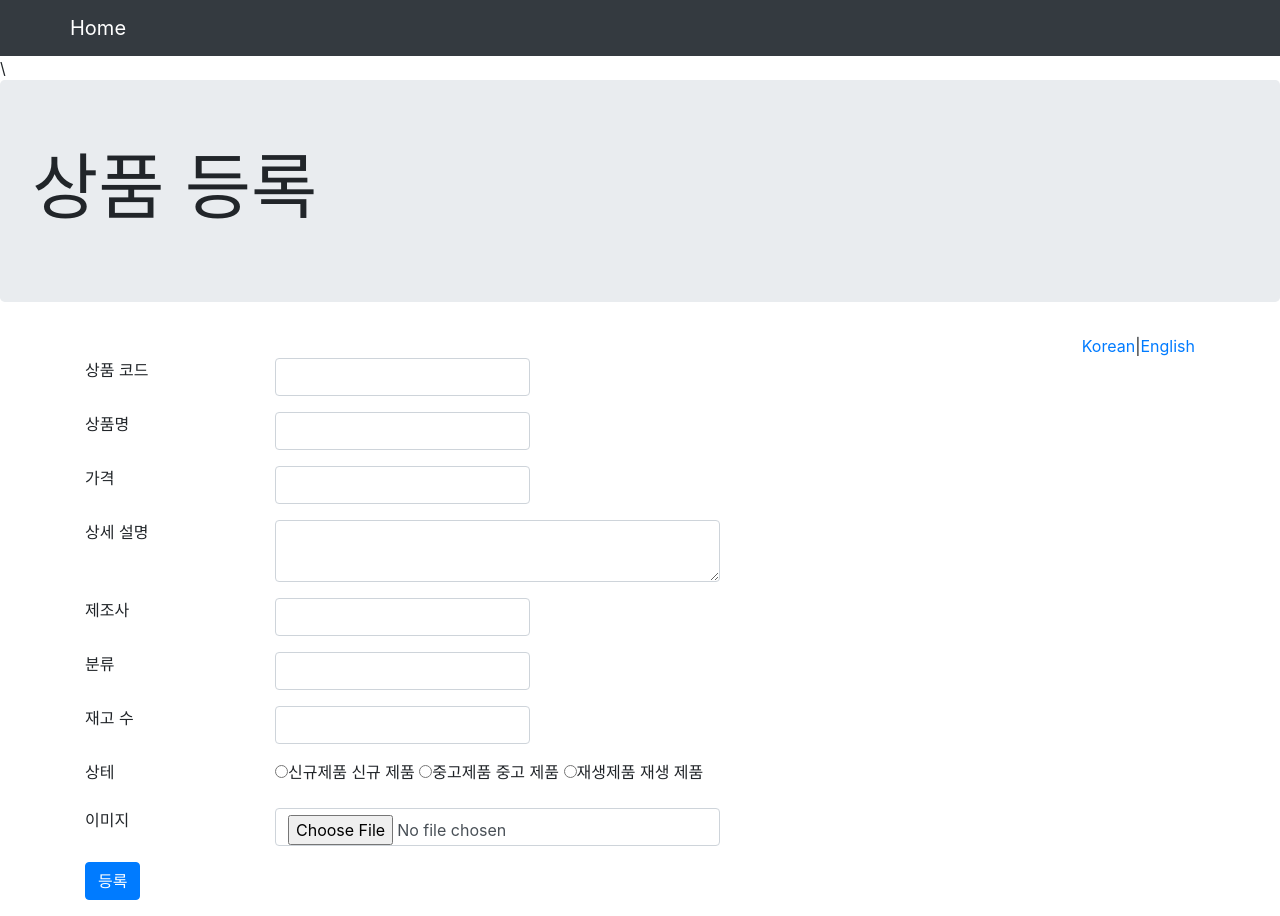
Repository: gitujin/JSP_WEBMARKET
Page: http://localhost/WebMarket/addProduct.jsp?language=ko
These files come from the project's save history. The page is drawn as it stood at one moment and after the next save; the edit follows.
The browser window is 1280 px wide. The pictures show the whole page.
The page is served by Tomcat 9.

Above is the page before, as saved 2022-04-13 15:10:56.

After the next save:
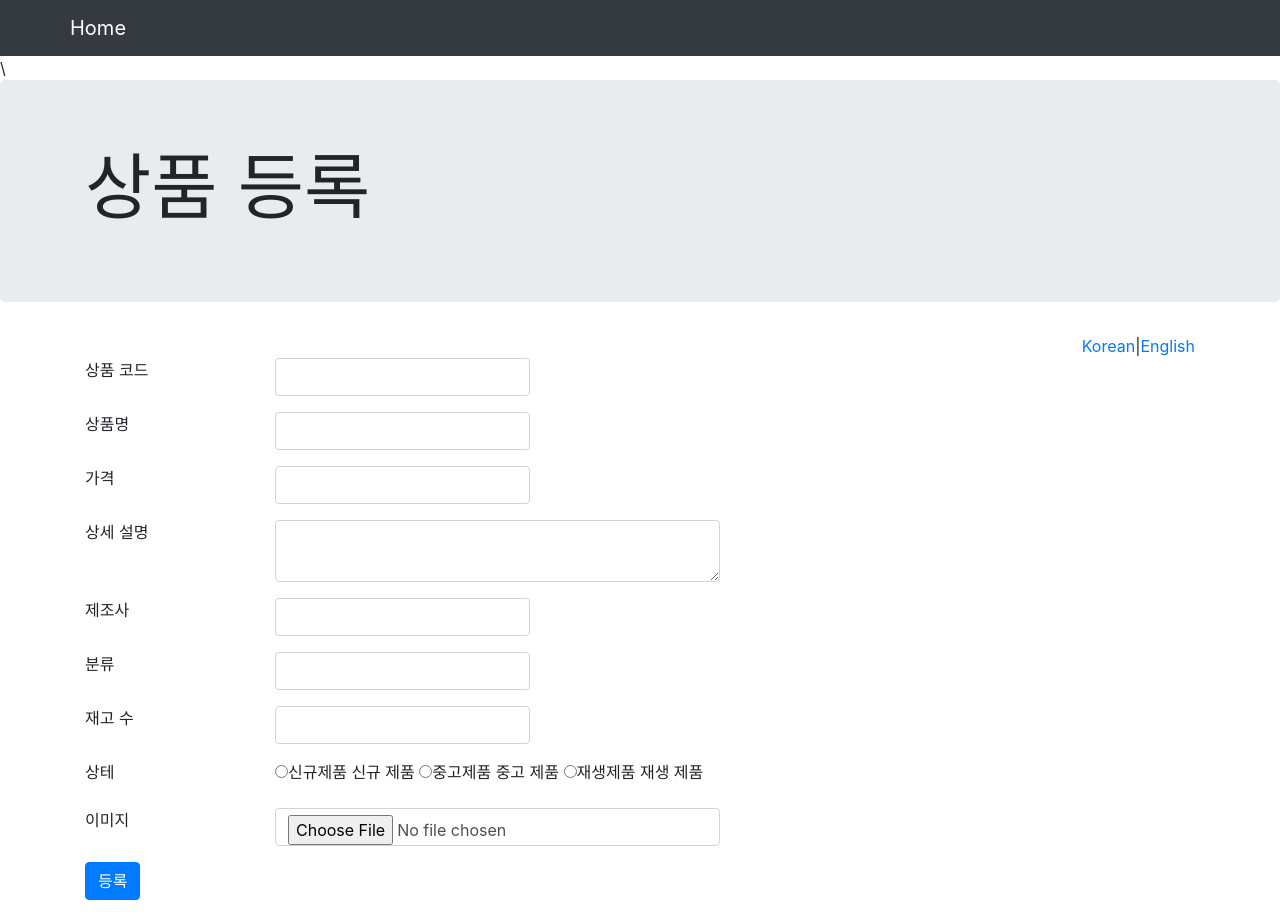
Saved 2 min 22 s later.
--- a/WebMarket/Webcontent/addProduct.jsp
+++ b/WebMarket/Webcontent/addProduct.jsp
@@ -11,7 +11,7 @@
 	<fmt:bundle basename="bundle.message">
 	<jsp:include page="menu.jsp" />
 	<div class="jumbotron">
-		<div class = container">
+		<div class = "container">
 			<h1 class = "display-3"><fmt:message key="title" /></h1>
 		</div>
 	</div>
